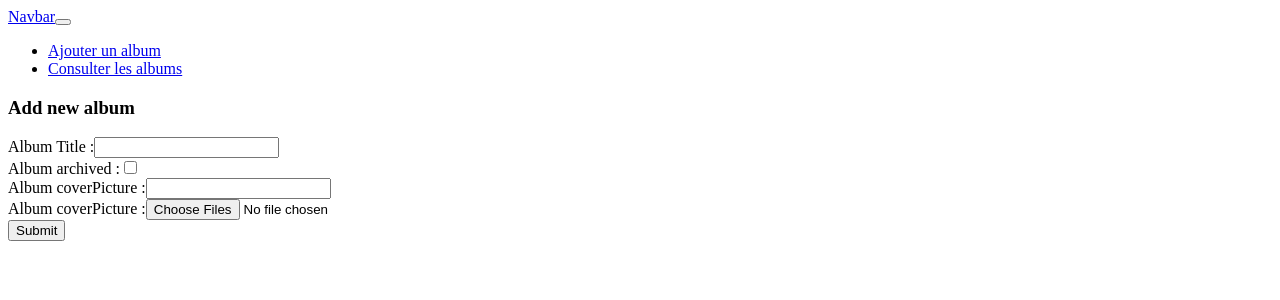
Repository: yassinecher/TestCC4SAE6
Page: /albums/add
These files come from the project's save history. The page is drawn as it stood at one moment and after the next save; the edit follows.
The browser window is 1280 px wide. The pictures show the whole page.
The project was rebuilt for these pictures with package versions that can differ from the ones it lists, and the page was loaded fresh each time. Also part of the build but not shown: angular.json, src/app/components/albums/albums.component.ts, src/app/components/not-found/not-found.component.ts.

Above is the page before, as saved 2024-12-20 14:55:42.

### src/index.html
<!doctype html>
<html lang="en">
<head>
  <meta charset="utf-8">
  <title>TestCCYassinecherni</title>
  <base href="/">
  <meta name="viewport" content="width=device-width, initial-scale=1">
  <link rel="icon" type="image/x-icon" href="favicon.ico">
</head>
<body>
  <app-root></app-root>
</body>
</html>

### src/app/app.module.ts
import { NgModule } from '@angular/core';
import { BrowserModule } from '@angular/platform-browser';

import { AppComponent } from './app.component';
import { AppRoutingModule } from './app-routing.module';
import { NavBarComponent } from './components/nav-bar/nav-bar.component';
import { AlbumsComponent } from './components/albums/albums.component';
import { AddAlbumsComponent } from './components/add-albums/add-albums.component';
import { NotFoundComponent } from './components/not-found/not-found.component';
import { FormsModule, ReactiveFormsModule } from '@angular/forms';

@NgModule({
  declarations: [
    AppComponent,
    NavBarComponent,
    AlbumsComponent,
    AddAlbumsComponent,
    NotFoundComponent,

  ],
  imports: [
    BrowserModule,
    AppRoutingModule,
    FormsModule,

    ReactiveFormsModule
  ],
  providers: [],
  bootstrap: [AppComponent]
})
export class AppModule { }

### src/app/app.component.ts
import { Component } from '@angular/core';

@Component({
  selector: 'app-root',
  templateUrl: './app.component.html',
  styleUrls: ['./app.component.css']
})
export class AppComponent {
  title = 'testCC_Yassinecherni';
}

### src/app/app-routing.module.ts
import { NgModule } from '@angular/core';
import { RouterModule, Routes } from '@angular/router';
import { AlbumsComponent } from './components/albums/albums.component';
import { AddAlbumsComponent } from './components/add-albums/add-albums.component';
import { NotFoundComponent } from './components/not-found/not-found.component';

const routes: Routes = [
  { path: 'albums', component: AlbumsComponent },
  { path: '', redirectTo: '/albums', pathMatch: 'full' },

  { path: 'albums/add', component: AddAlbumsComponent },
  { path: '**', component: NotFoundComponent },
];

@NgModule({
  imports: [RouterModule.forRoot(routes)],
  exports: [RouterModule]
})
export class AppRoutingModule { }

### src/app/components/add-albums/add-albums.component.ts
import { Component, OnInit } from '@angular/core';
import { FormControl, FormGroup, Validators } from '@angular/forms';

@Component({
  selector: 'app-add-albums',
  templateUrl: './add-albums.component.html',
  styleUrls: ['./add-albums.component.css']
})
export class AddAlbumsComponent  {
updateFiles($event: any) {
  console.log($event.target.files)
}
add() {
console.log(this.album.value)

}
  album!: FormGroup;
  ngOnInit(): void {
    this.album = new FormGroup({
      title: new FormControl('', [
        Validators.required,
        Validators.pattern('[0-9 a-z A-Z]+'),
      ]),
      creationDate: new FormControl(new Date(), [
        Validators.required,
      ]),
      archived: new FormControl(0),
      coverPicture: new FormControl('', [Validators.minLength(5)]),
      photos: new FormControl([]),

    });

  }
}

### src/app/app.component.html
<app-nav-bar>
</app-nav-bar>

  <router-outlet></router-outlet>

### src/app/components/nav-bar/nav-bar.component.html
<nav class="navbar navbar-expand-lg navbar-light bg-light">
    <div class="container-fluid">
        <a class="navbar-brand" href="#">Navbar</a>
        <button class="navbar-toggler" type="button" data-bs-toggle="collapse" data-bs-target="#navbarNav"
            aria-controls="navbarNav" aria-expanded="false" aria-label="Toggle navigation">
            <span class="navbar-toggler-icon"></span>
        </button>
        <div class="collapse navbar-collapse" id="navbarNav">
            <ul class="navbar-nav">
                <li class="nav-item">
                    <a class="nav-link active" aria-current="page"
                    routerLink="/albums/add">Ajouter un album</a>
                </li>
                <li class="nav-item">
                    <a class="nav-link active" aria-current="page"
                    routerLink="/albums">Consulter les albums</a>
                </li>
            </ul>
        </div>
    </div>
</nav>

### src/app/components/add-albums/add-albums.component.html
<div class="container">
    <div class="row">
        <h3>Add new album</h3>
    </div>
    <div class="row">
        <form [formGroup]="album">
            <div class="mb-3">
                <label>Album Title :</label>
                <input type="text" class="form-control" formControlName="title">
                <div class="alert alert-danger" *ngIf="album.get('title')!.invalid
                && (album.get('title')!.touched||album.get('title')!.dirty)">
                    <div *ngIf="album.get('title')!.hasError('required')">
                        album Title is required</div>
                    <div *ngIf="album.get('title')!.hasError('pattern')">
                        album Title invalid</div>
                </div>
            </div>
            <div class="mb-3">
                <label>Album archived :</label>
                <input type="checkbox" class="form-control" formControlName="archived">
            </div>
            <div class="mb-3">
                <label>Album coverPicture :</label>
                <input type="text" class="form-control" formControlName="coverPicture">
                <div class="alert alert-danger" *ngIf="album.get('coverPicture')!.invalid
                && (album.get('coverPicture')!.touched||album.get('coverPicture')!.dirty)">
                    <div *ngIf="album.get('coverPicture')!.hasError('required')">
                        album number is required</div>
                    <div *ngIf="album.get('coverPicture')!.hasError('pattern')">
                        album number invalid</div>
                </div>
            </div>
            <div class="mb-3">
                <label>Album coverPicture :</label>
                <input (change)="updateFiles($event)" type="file"  multiple class="form-control" formControlName="coverPicture">
                <div class="alert alert-danger" *ngIf="album.get('coverPicture')!.invalid
                && (album.get('coverPicture')!.touched||album.get('coverPicture')!.dirty)">
                    <div *ngIf="album.get('coverPicture')!.hasError('required')">
                        album number is required</div>
                    <div *ngIf="album.get('coverPicture')!.hasError('pattern')">
                        album number invalid</div>
                </div>
            </div>
            <div class="mb-3">
                <button type="sumbit" value="Submit" class="btn btn-outline-success" (click)="add()">Submit</button>
            </div>
        </form>
    </div>
</div>

Loaded but not shown: src/styles.css (common file); src/main.ts (common file); src/app/components/nav-bar/nav-bar.component.ts (common file); src/app/app.component.css (no stored copy; drawn as an empty file); src/app/components/add-albums/add-albums.component.css (no stored copy; drawn as an empty file); src/app/components/nav-bar/nav-bar.component.css (no stored copy; drawn as an empty file)

After the next save:
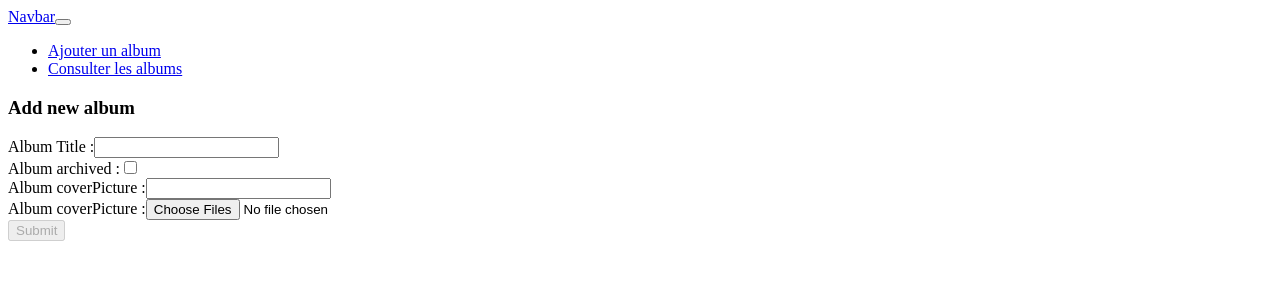
Saved 31 s later.
--- a/src/app/components/add-albums/add-albums.component.html
+++ b/src/app/components/add-albums/add-albums.component.html
@@ -42,7 +42,7 @@
                 </div>
             </div>
             <div class="mb-3">
-                <button type="sumbit" value="Submit" class="btn btn-outline-success" (click)="add()">Submit</button>
+                <button [disabled]="album.enabled" type="sumbit" value="Submit" class="btn btn-outline-success" (click)="add()">Submit</button>
             </div>
         </form>
     </div>

After the 3 saves that followed:
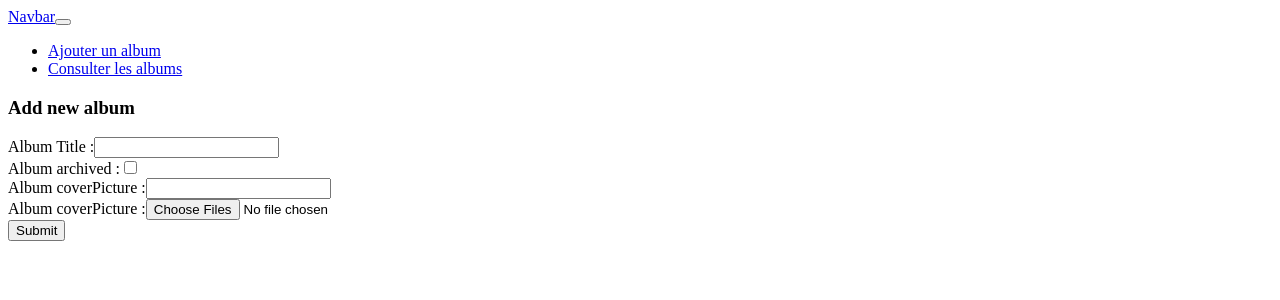
The 3 saves are shown as one change because 2 left the picture as it was.
The last was saved 83 s later.
--- a/src/app/components/add-albums/add-albums.component.html
+++ b/src/app/components/add-albums/add-albums.component.html
@@ -42,7 +42,7 @@
                 </div>
             </div>
             <div class="mb-3">
-                <button [disabled]="album.enabled" type="sumbit" value="Submit" class="btn btn-outline-success" (click)="add()">Submit</button>
+                <button  type="sumbit" value="Submit" class="btn btn-outline-success" (click)="add()">Submit</button>
             </div>
         </form>
     </div>
